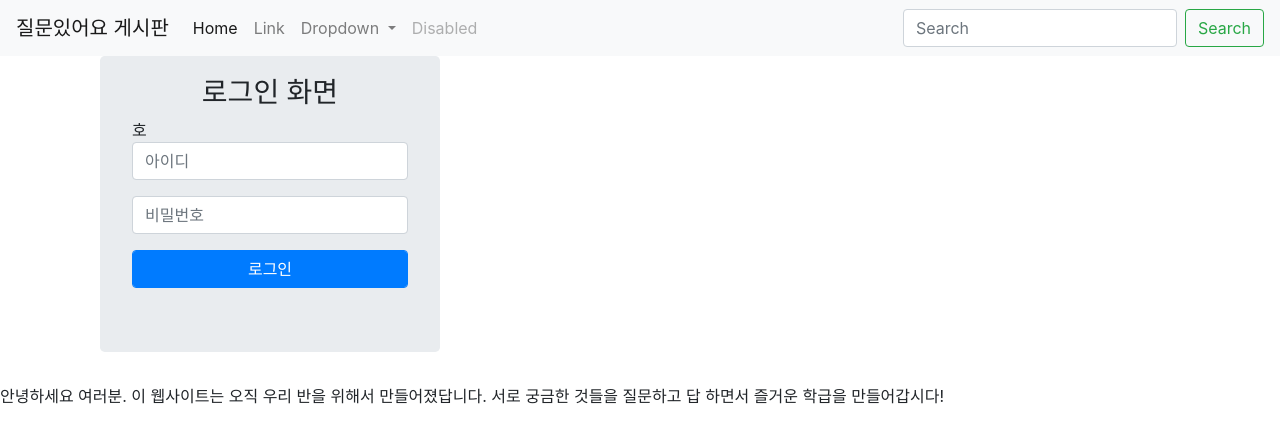
Repository: Munro-L/I-spy-oT__cuHacking-2019
Page: http://localhost/BBS/login.jsp
These files come from the project's save history. The page is drawn as it stood at one moment and after the next save; the edit follows.
The browser window is 1280 px wide. The pictures show the whole page.
The page is served by Tomcat 9. Other server files are loaded and not shown.

Above is the page before, as saved 2019-02-01 06:40:09.

### BBS-master/projects/BBS/WebContent/login.jsp
<%@ page language="java" contentType="text/html; charset=UTF-8"
    pageEncoding="UTF-8"%>
<!DOCTYPE html>
<html>
<head>
<meta http-equiv="Content-Type" content="text/html, charset="UTF-8">
<meta name="viewport" content="width=device-width", intial-scale="1">
<link rel="stylesheet" href="css/bootstrap.css">
<title>질문있어요!</title>
</head>
<body>
	<nav class="navbar navbar-expand-lg navbar-light bg-light">
	  <a class="navbar-brand" href="#">질문있어요 게시판</a>
	  <button class="navbar-toggler" type="button" data-toggle="collapse" data-target="#navbarSupportedContent" aria-controls="navbarSupportedContent" aria-expanded="false" aria-label="Toggle navigation">
	    <span class="navbar-toggler-icon"></span>
	  </button>

	  <div class="collapse navbar-collapse" id="navbarSupportedContent">
	    <ul class="navbar-nav mr-auto">
	      <li class="nav-item active">
	        <a class="nav-link" href="#">Home <span class="sr-only">(current)</span></a>
	      </li>
	      <li class="nav-item">
	        <a class="nav-link" href="#">Link</a>
	      </li>
	      <li class="nav-item dropdown">
	        <a class="nav-link dropdown-toggle" href="#" id="navbarDropdown" role="button" data-toggle="dropdown" aria-haspopup="true" aria-expanded="false">
	          Dropdown
	        </a>
	        <div class="dropdown-menu" aria-labelledby="navbarDropdown">
	          <a class="dropdown-item" href="#">Action</a>
	          <a class="dropdown-item" href="#">Another action</a>
	          <div class="dropdown-divider"></div>
	          <a class="dropdown-item" href="#">Something else here</a>
	        </div>
	      </li>
	      <li class="nav-item">
	        <a class="nav-link disabled" href="#">Disabled</a>
	      </li>
	    </ul>
	    <form class="form-inline my-2 my-lg-0">
	      <input class="form-control mr-sm-2" type="search" placeholder="Search" aria-label="Search">
	      <button class="btn btn-outline-success my-2 my-sm-0" type="submit">Search</button>
	    </form>
	  </div>
	</nav>

	<div class="container">
		<div class="col-lg-4"></div>
		<div class="col-lg-4">
			<div class="jumbotron" style="padding-top: 20px;">
				<form method="post" action="loginAction.jsp">
					<h3 style="text-align:center;">로그인 화면</h3>호
					<div class="form-group">
						<input type="text" class="form-control" placeholder="아이디" name="userID" maxlength="20">
					</div>
					<div class="form-group">
						<input type="text" class="form-control" placeholder="비밀번호" name="userPassword" maxlength="20">
					</div>
					<input type="submit" class="btn btn-primary form-control" value="로그인">
				</form>

			</div>
		</div>
	</div>

		<p>안녕하세요 여러분. 이 웹사이트는 오직 우리 반을 위해서 만들어졌답니다.
	서로 궁금한 것들을 질문하고 답 하면서 즐거운 학급을 만들어갑시다! </p>
	<script
  src="https://code.jquery.com/jquery-3.3.1.min.js"
  integrity="sha256-FgpCb/KJQlLNfOu91ta32o/NMZxltwRo8QtmkMRdAu8="
  crossorigin="anonymous"></script>
  <script src="js/bootstrap.js"></script>
</html>

Loaded but not shown: BBS-master/projects/BBS/WebContent/css/bootstrap.css (library); BBS-master/projects/BBS/WebContent/js/bootstrap.js (library)

After the next save:
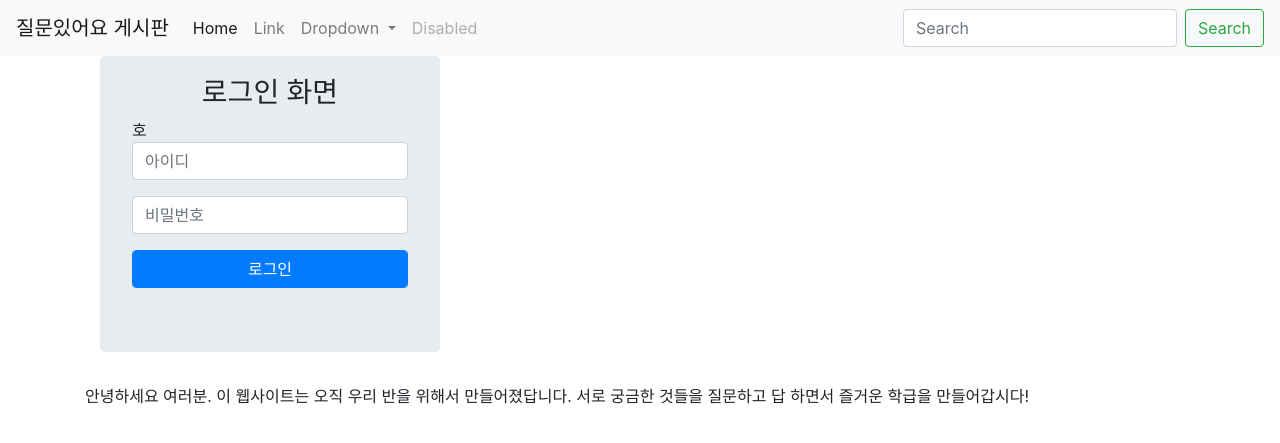
Saved 4 min 29 s later.
--- a/BBS-master/projects/BBS/WebContent/login.jsp
+++ b/BBS-master/projects/BBS/WebContent/login.jsp
@@ -64,8 +64,10 @@
 		</div>
 	</div>
 
+	<div class="container">
 		<p>안녕하세요 여러분. 이 웹사이트는 오직 우리 반을 위해서 만들어졌답니다.
 	서로 궁금한 것들을 질문하고 답 하면서 즐거운 학급을 만들어갑시다! </p>
+	</div>
 	<script
   src="https://code.jquery.com/jquery-3.3.1.min.js"
   integrity="sha256-FgpCb/KJQlLNfOu91ta32o/NMZxltwRo8QtmkMRdAu8="
